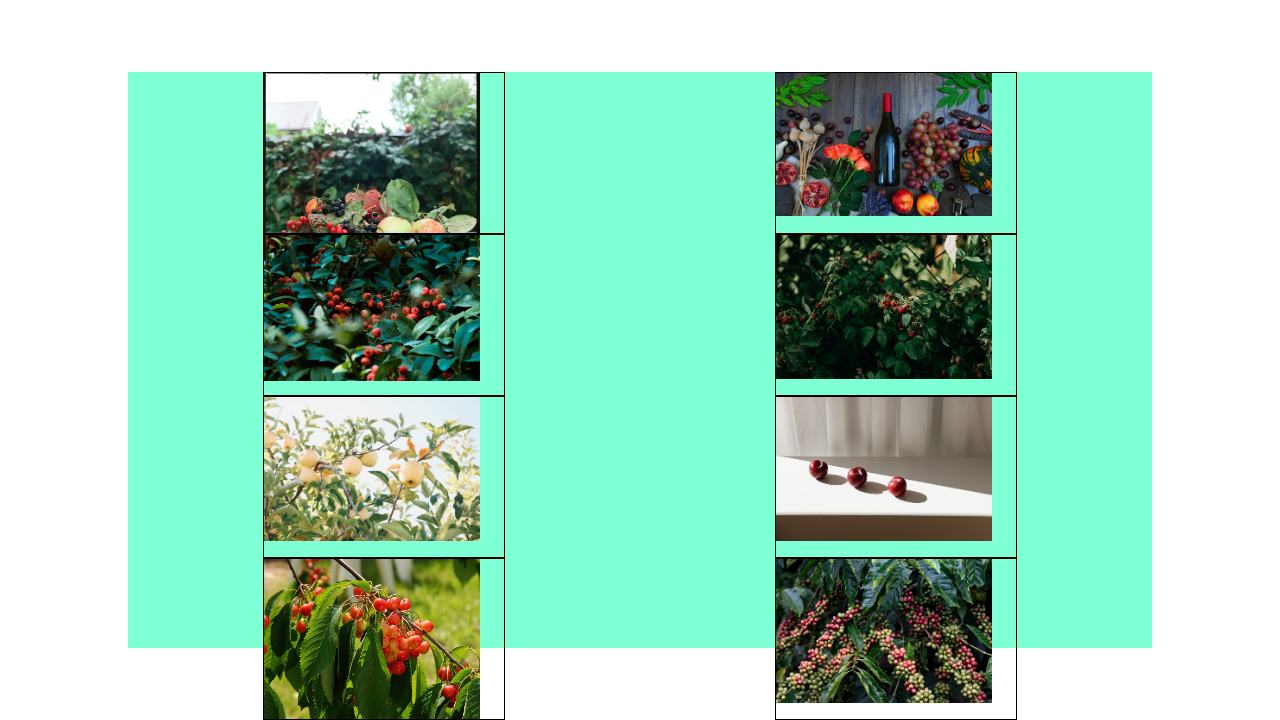
Repository: lidkaa/devTasks
Page: 0. Zadania Testowe/zadania/FlexboxCentered.html
An editor plug-in stored every save of this project. The page is shown before and after the next save, followed by the edit.
The browser window is 1280 px wide. The pictures show the whole page.

Above is the page before, as saved 2022-02-01 09:30:19.

### 0. Zadania Testowe/zadania/FlexboxCentered.html
<!DOCTYPE html>
<html lang="en">
<head>
    <meta charset="UTF-8">
    <meta http-equiv="X-UA-Compatible" content="IE=edge">
    <meta name="viewport" content="width=device-width, initial-scale=1.0">
    <link rel="stylesheet" type="text/css" href="flexboxcentered.css">
    <title>Document</title>
</head>
<body>
    <div class="presentation">
        <ul class="cells">
            <li class="cell">
                <img src="./pexel/pexel1.jpg"/>
            </li>
            <li class="cell">
                <img src="./pexel/pexel2.jpg"/>
            </li>
            <li class="cell">
                <img src="./pexel/pexel3.jpg"/>
            </li>
            <li class="cell">
                <img src="./pexel/pexel4.jpg"/>
            </li>
            <li class="cell">
                <img src="./pexel/pexel5.jpg"/>
            </li>
            <li class="cell">
                <img src="./pexel/pexel6.jpg"/>
            </li>
            <li class="cell">
                <img src="./pexel/pexel7.jpg"/>
            </li>
            <li class="cell">
                <img src="./pexel/pexel8.jpg"/>
            </li>
            <li class="cell">
                <img src="./pexel/pexel9.jpg"/>
            </li>
        </ul>
    </div>
</body>
</html>

### 0. Zadania Testowe/zadania/flexboxcentered.css
* {
    margin: 0;
    padding: 0;
}

.presentation {
    position: fixed;
    height: 100vh;
    width: 100vw;
    display: flex;
    justify-content: center;
    align-items: center;
}

.cells {
    display: flex;
    justify-content: space-around;
    align-items: center;
    flex-direction: row;
    flex-wrap: wrap;
    list-style-type: none;
    height: 80vh;
    width: 80vw;
    background-color: aquamarine;
}

.cell {
    height: 10em;
    width: 15em;
    border: 1px solid black;
    margin: 0 90px;
    overflow: hidden;
    transition: 2s ;
}

img {
    max-width: 90%;
    height: auto;
    object-fit: fill;
  }

  .cell:hover {
      position: fixed;
      transform: scaleX(80%), scaleY(80%);
  }

After the next save:
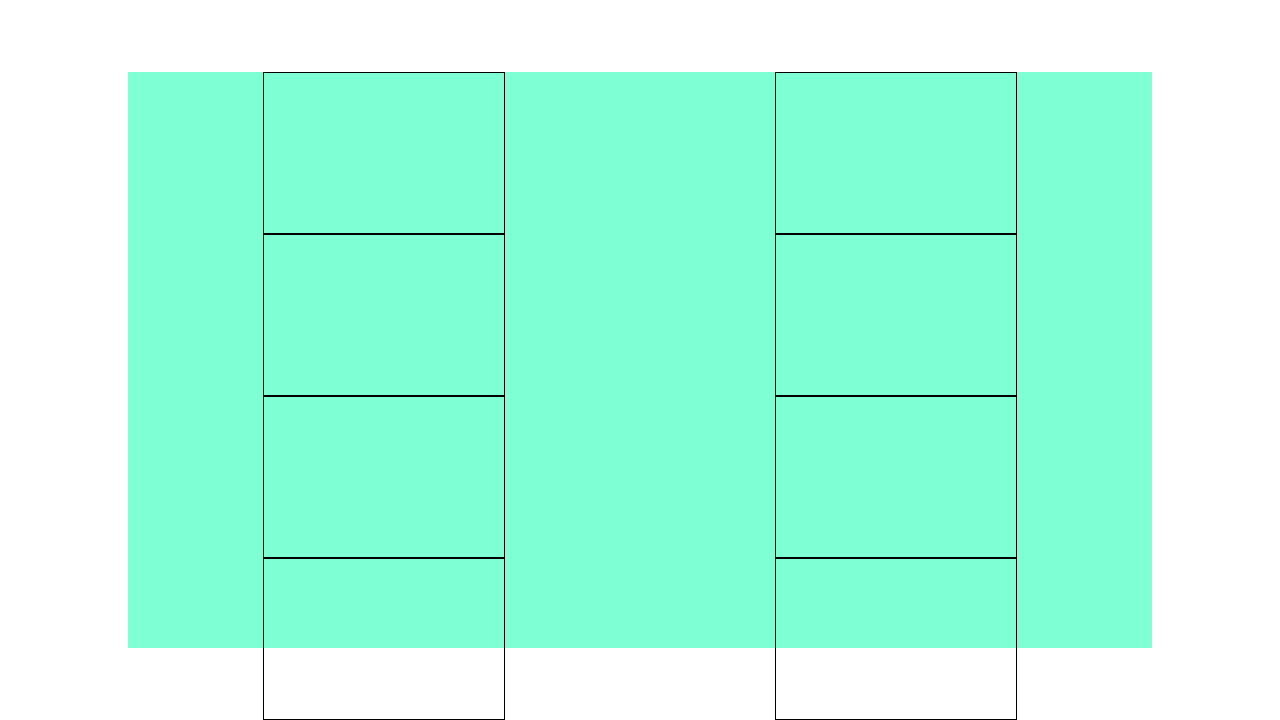
Saved 72 s later.
--- a/0. Zadania Testowe/zadania/FlexboxCentered.html
+++ b/0. Zadania Testowe/zadania/FlexboxCentered.html
@@ -11,31 +11,31 @@
     <div class="presentation">
         <ul class="cells">
             <li class="cell">
-                <img src="./pexel/pexel1.jpg"/>
+                <img />
             </li>
             <li class="cell">
-                <img src="./pexel/pexel2.jpg"/>
+                <img />
             </li>
             <li class="cell">
-                <img src="./pexel/pexel3.jpg"/>
+                <img />
             </li>
             <li class="cell">
-                <img src="./pexel/pexel4.jpg"/>
+                <img />
             </li>
             <li class="cell">
-                <img src="./pexel/pexel5.jpg"/>
+                <img />
             </li>
             <li class="cell">
-                <img src="./pexel/pexel6.jpg"/>
+                <img />
             </li>
             <li class="cell">
-                <img src="./pexel/pexel7.jpg"/>
+                <img />
             </li>
             <li class="cell">
-                <img src="./pexel/pexel8.jpg"/>
+                <img />
             </li>
             <li class="cell">
-                <img src="./pexel/pexel9.jpg"/>
+                <img />
             </li>
         </ul>
     </div>
